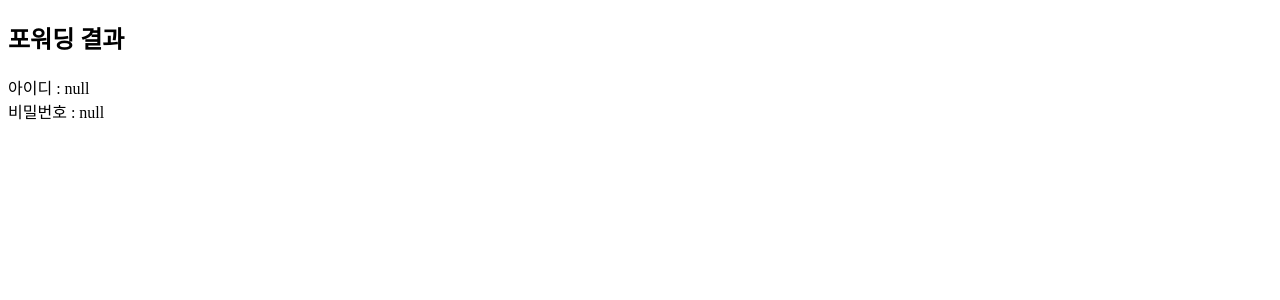
Repository: pq01pq/Education-IT_BANK
Page: http://localhost/0128/infoOutput.jsp
These files come from the project's save history. The page is drawn as it stood at one moment and after the next save; the edit follows.
The browser window is 1280 px wide. The pictures show the whole page.
The page is served by Tomcat 9.

Above is the page before, as saved 2021-02-03 03:28:27.

After the next save:
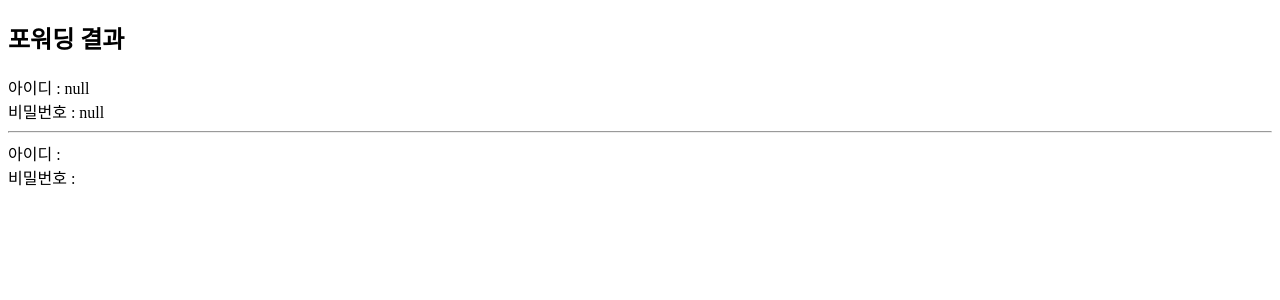
Saved 6 min 42 s later.
--- a/JSP/ProjectServlet/0128/WebContent/infoOutput.jsp
+++ b/JSP/ProjectServlet/0128/WebContent/infoOutput.jsp
@@ -15,5 +15,8 @@
 	<h2>포워딩 결과</h2>
 	아이디 : <%= uId %><br>
 	비밀번호 : <%= uPassword %><br>
+	<hr>
+	아이디 : ${ param.id }<br>
+	비밀번호 : ${ param.password }<br>
 </body>
 </html>
